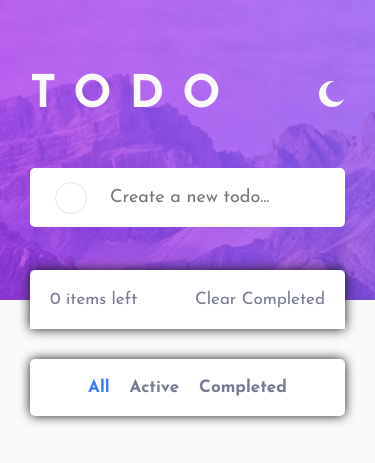
Repository: tomas938/todo-app
Page: /
The author's editor kept a copy of each file at every save. The page is drawn from the files as they stood at one save, then again after the next save.
The browser window is 375 px wide. The pictures show the whole page.
The project was rebuilt for these pictures with package versions that can differ from the ones it lists, and the page was loaded fresh each time.

Above is the page before, as saved 2021-08-20 14:26:58.

### src/main.js
import { createApp } from "vue";
import App from "./App.vue";
import router from "./router";

createApp(App)
	.use(router)
	.mount("#app");
//

### src/App.vue
<template>
	<router-view />
</template>

<style lang="scss">
@import "/src/scss/_variables";
:root {
	.dark {
		--bg-image: url(./assets/bg-desktop-dark.jpg);
		--items-bg-color: hsl(235, 24%, 19%);
		--body-bg: hsl(235, 21%, 11%);
		--todo-text: hsl(236, 33%, 92%);
		--todo-border: hsl(237, 14%, 26%);
	}
	.light {
		--bg-image: url(./assets/bg-desktop-light.jpg);
		--items-bg-color: hsl(0, 0%, 100%);
		--body-bg: hsl(0, 0%, 98%);
		--todo-text: hsl(233, 14%, 35%);
		--todo-border: hsl(236, 33%, 92%);
	}
}

* {
	margin: 0;
	padding: 0;
	box-sizing: border-box;
}
html {
	font-size: 62.5%;
}
body {
	font-size: 1.8rem;
	font-family: $font-primary;
	background-color: var(--body-bg);
}

li {
	list-style: none;
}
</style>

### src/router/index.js
import { createRouter, createWebHashHistory } from "vue-router";
import Home from "../views/Home.vue";

const routes = [
	{
		path: "/",
		name: "Home",
		component: Home,
	},
];

const router = createRouter({
	history: createWebHashHistory(),
	routes,
});

export default router;

### src/scss/_variables.scss
// LINK COLLORS-PRIMARY //

$primary: hsl(220, 98%, 61%);
$primary-bg: linear-gradient(rgb(87, 221, 255), hsl(280, 87%, 65%));

// LINK LIGHT THEME //

$light-gray: hsl(0, 0%, 98%);
$very-light-grayish-blue: hsl(236, 33%, 92%);
$light-grayish-blue: hsl(233, 11%, 84%);
$dark-grayish-blue: hsl(236, 9%, 61%);
$very-dark-grayish-blue: hsl(235, 19%, 35%);

// LINK DARK THEME //

$very-dark-blue: hsl(235, 21%, 11%);
$dark-desaturated-blue: hsl(235, 24%, 19%);
$light-grayish-blue--dark: hsl(234, 39%, 85%);
$light-grayish-blue--dark-hover: hsl(236, 33%, 92%);
$dark-grayish-blue--dark: hsl(234, 11%, 52%);
$very-dark-grayish-blue--dark: hsl(233, 14%, 35%);
$very-dark-grayish-blue--dark-2: hsl(237, 14%, 26%);

// LINK FONT //

@import url("https://fonts.googleapis.com/css2?family=Josefin+Sans:wght@400;700&display=swap");
$font-primary: "Josefin Sans", sans-serif;
$light: 400;
$bold: 700;

### src/views/Home.vue
<template>
	<Todos />
</template>

<script>
import Todos from "../components/Todos.vue";
export default {
	components: {
		Todos,
	},
};
</script>
<style lang="scss"></style>

### src/components/Todos.vue
<template>
	<Header @create-todo="newTodo($event)" />
	<main>
		<div class="wrapper">
			<transition-group name="list" class="todos" tag="ul" appear>
				<li
					v-for="(todo, index) in filteredTodos"
					:key="todo.name"
					class="todo-item"
				>
					<div
						class="todo "
						:class="{ complete: todo.completed }"
						@click="todo.completed = !todo.completed"
					></div>
					<span>{{ todo.name }}</span>
					<svg
						@click="removeTodo(index)"
						class="close"
						xmlns="http://www.w3.org/2000/svg"
						width="18"
						height="18"
					>
						<path
							fill="#494C6B"
							fill-rule="evenodd"
							d="M16.97 0l.708.707L9.546 8.84l8.132 8.132-.707.707-8.132-8.132-8.132 8.132L0 16.97l8.132-8.132L0 .707.707 0 8.84 8.132 16.971 0z"
						/>
					</svg>
				</li>
			</transition-group>
			<div class="filters">
				<div class="items-left">
					<span>{{ filteredTodos.length }} items left</span>
				</div>
				<div class="filter">
					<span :class="{ active: filter === 'all' }" @click="filter = 'all'"
						>All</span
					>
					<span
						:class="{ active: filter === 'active' }"
						@click="filter = 'active'"
						>Active</span
					>
					<span
						:class="{ active: filter === 'completed' }"
						@click="filter = 'completed'"
						>Completed</span
					>
				</div>
				<div class="clear">
					<span @click="clearTodos">Clear Completed</span>
				</div>
			</div>
		</div>
	</main>
	<div class="filters-mobile">
		<div class="filter">
			<span :class="{ active: filter === 'all' }" @click="filter = 'all'"
				>All</span
			>
			<span :class="{ active: filter === 'active' }" @click="filter = 'active'"
				>Active</span
			>
			<span
				:class="{ active: filter === 'completed' }"
				@click="filter = 'completed'"
				>Completed</span
			>
		</div>
	</div>
</template>

<script>
import Header from "../components/Header";
export default {
	components: {
		Header,
	},
	data() {
		return {
			LOCAL_STORAGE_KEY: "todoApp",
			todos: JSON.parse(localStorage.getItem(this.LOCAL_STORAGE_KEY)) || [],
			filter: "all",
		};
	},
	mounted() {
		if (localStorage.getItem(this.LOCAL_STORAGE_KEY))
			this.todos = JSON.parse(localStorage.getItem(this.LOCAL_STORAGE_KEY));
	},
	watch: {
		todos: {
			deep: true,
			handler(newValue) {
				localStorage.setItem(this.LOCAL_STORAGE_KEY, JSON.stringify(newValue));
			},
		},
	},
	methods: {
		newTodo(newTodo) {
			if (newTodo !== "") {
				this.todos.unshift({ name: newTodo, completed: false });
			}
		},
		removeTodo(index) {
			this.todos.splice(index, 1);
		},
		clearTodos() {
			this.todos = this.todos.filter((todo) => !todo.completed);
		},
	},
	computed: {
		filteredTodos() {
			if (this.filter === "all") {
				return this.todos;
			} else if (this.filter === "active") {
				return this.todos.filter((todo) => !todo.completed);
			} else if (this.filter === "completed") {
				return this.todos.filter((todo) => todo.completed);
			}
			return this.todos;
		},
	},
};
</script>

<style lang="scss" scoped>
@import "/src/scss/_variables";

main {
	transform: translateY(-3rem);
	display: flex;
	flex-direction: column;
	max-width: 73.5rem;
	margin: 0 auto;
	padding: 0 3rem;
}
.wrapper {
	box-shadow: 0px 0px 11px 0px #1a1919;
}
.todos {
	position: relative;
	border-radius: 0.5rem;
	background-color: var(--items-bg-color);
}
.todo-item {
	position: relative;
	display: flex;
	justify-content: space-between;
	align-items: center;
	width: 100%;
	padding: 2rem;
	padding-left: 8rem;
	font-family: $font-primary;
	font-weight: $light;
	color: var(--todo-text);
	border-bottom: 1px solid var(--todo-border);
	.todo {
		cursor: pointer;
		content: "";
		position: absolute;
		display: flex;
		align-items: center;
		justify-content: center;
		top: 50%;
		transform: translateY(-50%);
		left: 2.5rem;
		width: 3rem;
		height: 3rem;
		border-radius: 50%;
		border: 1px solid var(--todo-border);
	}
	.complete {
		background-image: url("../assets/icon-check.svg"), $primary-bg;
		background-repeat: no-repeat;
		background-position: center;
	}
	.close {
		cursor: pointer;
		opacity: 0;
	}
	&:hover {
		.close {
			transition: opacity 0.5s ease-in-out;
			opacity: 1;
		}
	}
}
.filters-mobile {
	display: none;
	background-color: var(--items-bg-color);
	padding: 2rem;
	box-shadow: 0px 0px 11px 0px #1a1919;
	border-radius: 0.5rem;
	margin: 0 3rem;
	@media only screen and (max-width: 600px) {
		display: block;
	}
	.filter {
		font-weight: $bold;
		display: flex;
		justify-content: center;
		gap: 2rem;
		.active {
			color: $primary;
			transition: color 0.3s ease-in-out;
		}
	}
	span {
		color: $dark-grayish-blue--dark;
		cursor: pointer;
		font-size: 1.7rem;
	}
}
.filters {
	display: flex;
	justify-content: space-between;
	background-color: var(--items-bg-color);
	padding: 2rem;
	border-radius: 0.5rem;

	.filter {
		font-weight: $bold;
		display: flex;
		gap: 2rem;
		@media only screen and (max-width: 600px) {
			display: none;
		}
		.active {
			color: $primary;
			transition: color 0.3s ease-in-out;
		}
	}
	.items-left {
		span {
			cursor: auto;
		}
	}
	span {
		color: $dark-grayish-blue--dark;
		cursor: pointer;
		font-size: 1.7rem;
	}
}
// TRANSITIONS //
.list-enter-active {
	transition: all 0.7s ease;
}
.list-enter-from {
	opacity: 0;
	transform: scale(0.6);
}
.list-enter-to {
	opacity: 1;
	transform: scale(1);
}
.list-leave-active {
	transition: all 0.7s ease;
	position: absolute;
}
.list-leave-from {
	opacity: 1;
	transform: scale(1);
}
.list-leave-to {
	opacity: 0;
	transform: scale(0.6);
}
.list-move {
	transition: all 0.4s ease;
}
</style>

### src/components/Header.vue
<template>
	<header>
		<nav class="nav container">
			<div class="nav__title">
				<h1>todo</h1>
			</div>
			<svg
				v-if="ligth"
				@click="changeTheme"
				class="nav__theme"
				xmlns="http://www.w3.org/2000/svg"
				width="26"
				height="26"
			>
				<path
					fill="#fafafa"
					fill-rule="evenodd"
					d="M13 0c.81 0 1.603.074 2.373.216C10.593 1.199 7 5.43 7 10.5 7 16.299 11.701 21 17.5 21c2.996 0 5.7-1.255 7.613-3.268C23.22 22.572 18.51 26 13 26 5.82 26 0 20.18 0 13S5.82 0 13 0z"
				/>
			</svg>
			<svg
				v-else
				@click="changeTheme"
				xmlns="http://www.w3.org/2000/svg"
				width="26"
				height="26"
			>
				<path
					fill="#fafafa"
					fill-rule="evenodd"
					d="M13 21a1 1 0 011 1v3a1 1 0 11-2 0v-3a1 1 0 011-1zm-5.657-2.343a1 1 0 010 1.414l-2.121 2.121a1 1 0 01-1.414-1.414l2.12-2.121a1 1 0 011.415 0zm12.728 0l2.121 2.121a1 1 0 01-1.414 1.414l-2.121-2.12a1 1 0 011.414-1.415zM13 8a5 5 0 110 10 5 5 0 010-10zm12 4a1 1 0 110 2h-3a1 1 0 110-2h3zM4 12a1 1 0 110 2H1a1 1 0 110-2h3zm18.192-8.192a1 1 0 010 1.414l-2.12 2.121a1 1 0 01-1.415-1.414l2.121-2.121a1 1 0 011.414 0zm-16.97 0l2.121 2.12A1 1 0 015.93 7.344L3.808 5.222a1 1 0 011.414-1.414zM13 0a1 1 0 011 1v3a1 1 0 11-2 0V1a1 1 0 011-1z"
				/>
			</svg>
		</nav>
		<div class="new-todo">
			<input
				autofocus
				type="text"
				placeholder="Create a new todo..."
				v-model="newTodo"
				@keypress.enter="$emit('create-todo', newTodo), clearInput()"
			/>
		</div>
	</header>
</template>

<script>
export default {
	data() {
		return {
			newTodo: "",
			ligth: true,
			body: document.body,
		};
	},
	methods: {
		changeTheme() {
			this.ligth = !this.ligth;
			if (!this.ligth) {
				this.body.classList.remove("light");
				this.body.classList.add("dark");
			} else {
				this.body.classList.remove("dark");
				this.body.classList.add("light");
			}
		},
		clearInput() {
			this.newTodo = "";
		},
	},
	mounted() {
		this.body.classList.add("light");
	},
};
</script>

<style lang="scss" scoped>
@import "/src/scss/_variables";

header {
	height: 30rem;
	display: flex;
	flex-direction: column;
	align-items: center;
	justify-content: center;
	gap: 5rem;
	padding: 3rem;
	background-image: var(--bg-image);
	background-repeat: no-repeat;
	background-size: cover;
}
.nav {
	max-width: 67.5rem;
	width: 100%;
	display: flex;
	justify-content: space-between;
	align-items: baseline;
	&__title h1 {
		font-size: 4.5rem;
		letter-spacing: 1.8rem;
		text-transform: uppercase;
	}

	svg {
		cursor: pointer;
	}
}
.new-todo {
	max-width: 67.5rem;
	width: 100%;
	position: relative;
	&::before {
		content: "";
		position: absolute;
		top: 50%;
		transform: translateY(-50%);
		left: 2.5rem;
		width: 3rem;
		height: 3rem;
		border-radius: 50%;
		border: 1px solid var(--todo-border);
	}
}
input {
	background-color: var(--items-bg-color);
	color: var(--todo-text);
	width: 100%;
	outline: none;
	border: none;
	padding: 2rem;
	padding-left: 8rem;
	border-radius: 0.5rem;
	font-size: 1.8rem;
	font-family: $font-primary;
	font-weight: $light;
}
h1 {
	color: $light-gray;
}
</style>

Loaded but not shown: public/index.html (common file)

After the next save:
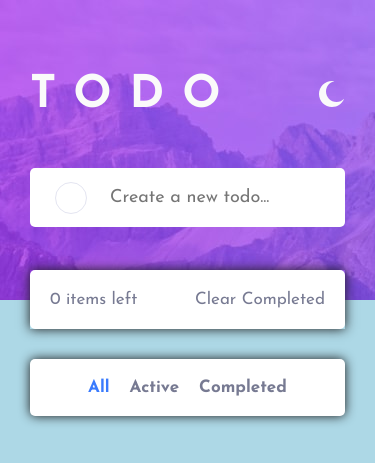
Saved 57 s later.
--- a/src/App.vue
+++ b/src/App.vue
@@ -28,6 +28,11 @@
 }
 html {
 	font-size: 62.5%;
+	@media only screen and (max-width: 600px) {
+		body {
+			background-color: lightblue;
+		}
+	}
 }
 body {
 	font-size: 1.8rem;
